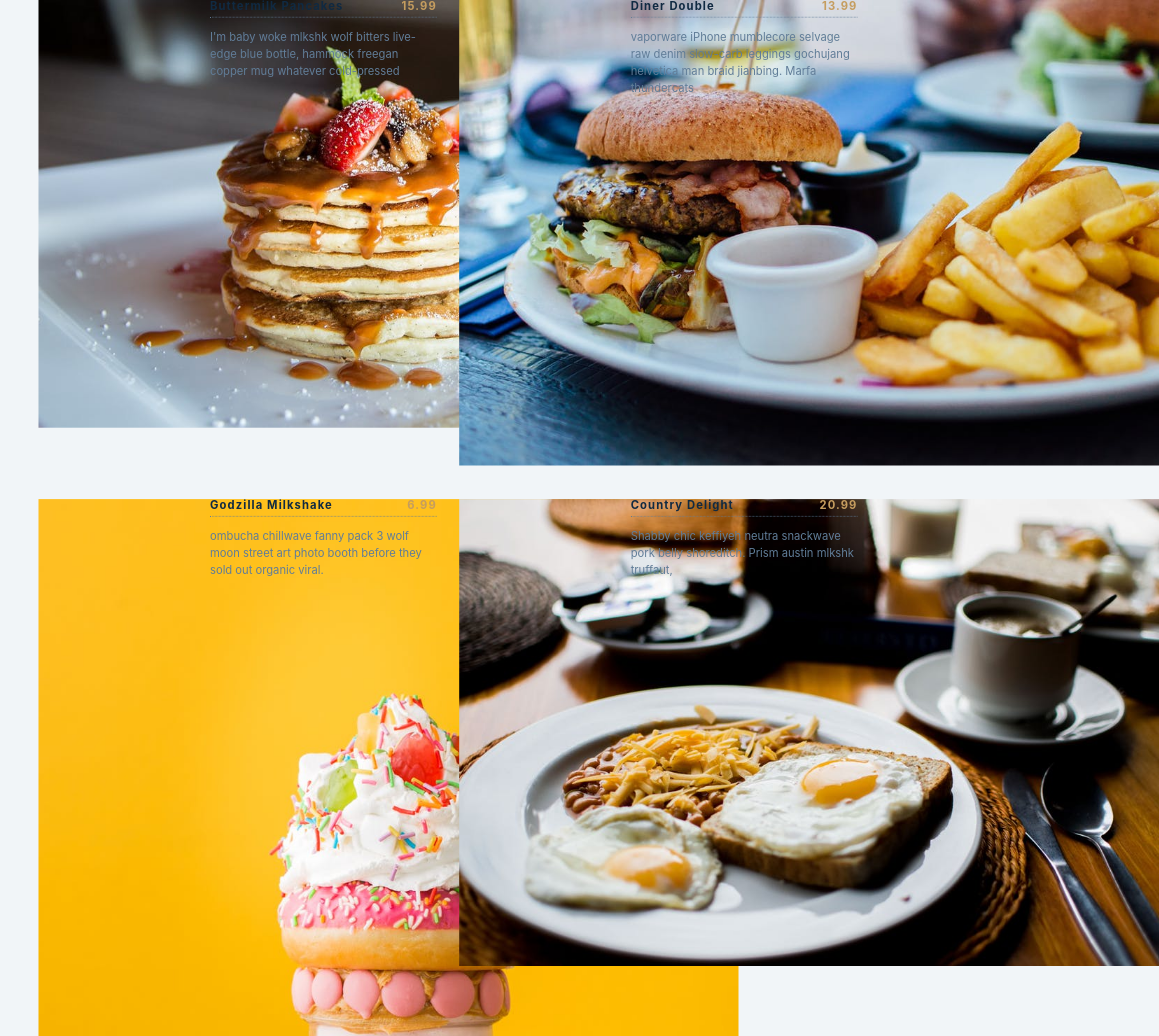
Repository: gligor99/menu-ts-react
Page: /
The author's editor kept a copy of each file at every save. The page is drawn from the files as they stood at one save, then again after the next save.
The browser window is 1280 px wide. The page is 1656 px wide, then 1280 px, so the pictures cover 1656 px, including what lies to the right of the window. The pictures show the part of the page from y = 0 to 1480 px (the page is 4108 px tall before and 942 px after), at 70% of full size.
The project was rebuilt for these pictures with package versions that can differ from the ones it lists, and the page was loaded fresh each time.

Above is the page before, as saved 2021-11-24 23:04:54.

After the next save:
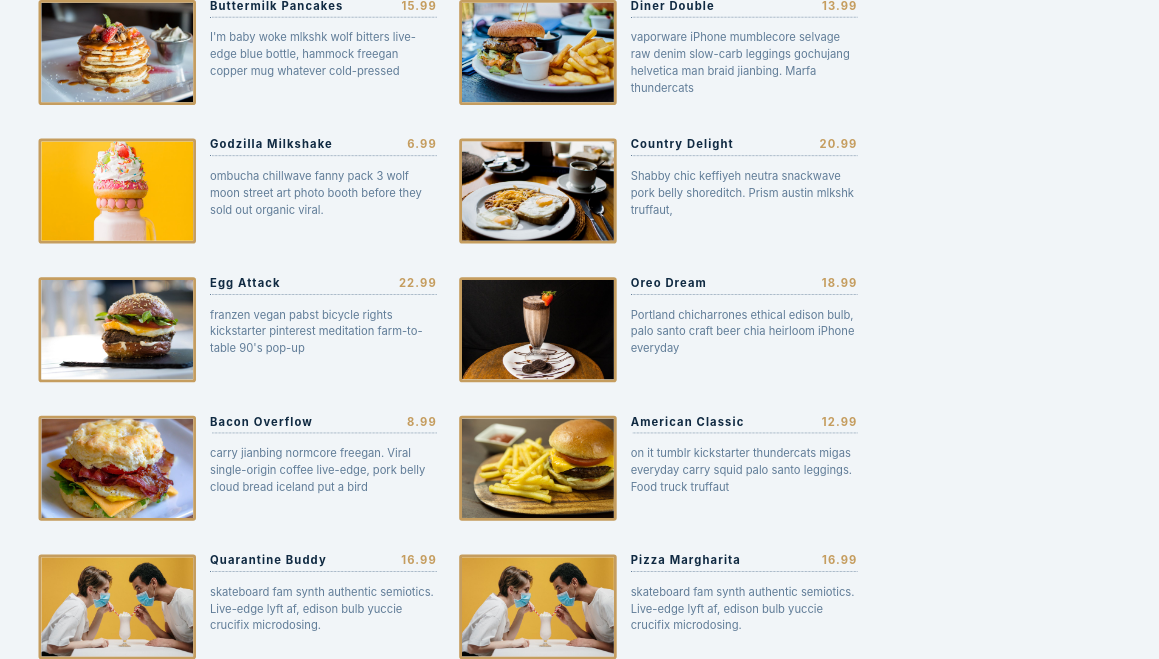
Saved 44 s later.
--- a/src/components/Menu.tsx
+++ b/src/components/Menu.tsx
@@ -13,7 +13,7 @@ const Menu: React.FC<Props> = ({ items }) => {
       {items.map((item) => {
         return (
           <article className="menu-item" key={item.id}>
-            <img src={item.img} alt={item.title} />
+            <img src={item.img} alt={item.title} className="photo" />
             <div className="item-info">
                 <header>
                     <h4 className="title">{item.title}</h4>
